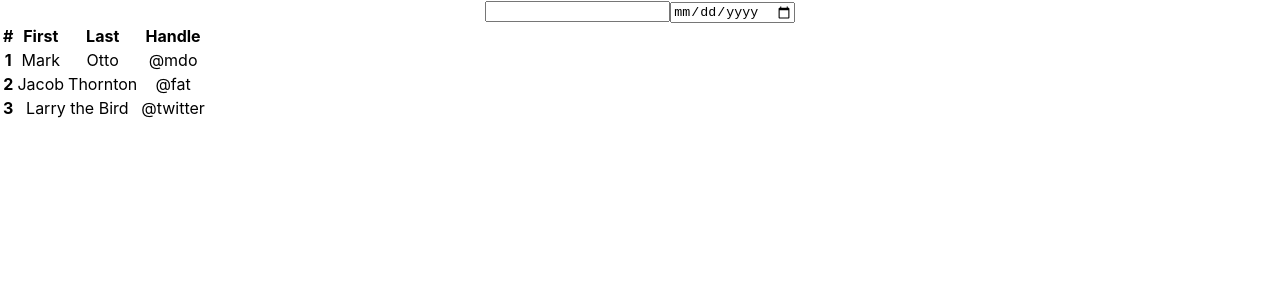
Repository: vanviet99/bietitmatit
Page: /
These files come from the project's save history. The page is drawn as it stood at one moment and after the next save; the edit follows.
The browser window is 1280 px wide. The pictures show the whole page.
The project was rebuilt for these pictures with package versions that can differ from the ones it lists, and the page was loaded fresh each time.

Above is the page before, as saved 2022-10-03 21:13:23.

### src/App.js

import React, { useState } from 'react';
import './App.css';
import data from './data';

function App() {
   const [list,setList] = useState(data)
  return (
    <div className="App">
     <React.Fragment>
     <div className="input-group mb-3">
      <input input type="text" className="form-control" aria-label="Sizing example input" aria-describedby="inputGroup-sizing-default"></input>
      <input input type="date" className="form-control" aria-label="Sizing example input" aria-describedby="inputGroup-sizing-default"></input>
    </div>
    <div>
    <table class="table">
  <thead>
    <tr>
      <th scope="col">#</th>
      <th scope="col">First</th>
      <th scope="col">Last</th>
      <th scope="col">Handle</th>
    </tr>
  </thead>
  <tbody>
    <tr>
      <th scope="row">1</th>
      <td>Mark</td>
      <td>Otto</td>
      <td>@mdo</td>
    </tr>
    <tr>
      <th scope="row">2</th>
      <td>Jacob</td>
      <td>Thornton</td>
      <td>@fat</td>
    </tr>
    <tr>
      <th scope="row">3</th>
      <td colspan="2">Larry the Bird</td>
      <td>@twitter</td>
    </tr>
  </tbody>
</table>
    </div>
     </React.Fragment>
    </div>
  );
}

export default App;

### src/data.js
 let list = [
    {
        date: '2022/10/02', do: 'học react-js'
    },
    {
        date: '2022/10/03', do: 'học php'
    }
 ]

 export default list;

Loaded but not shown: src/index.js (common file); src/index.css (common file); src/reportWebVitals.js (common file); src/App.css (common file)

After the next save:
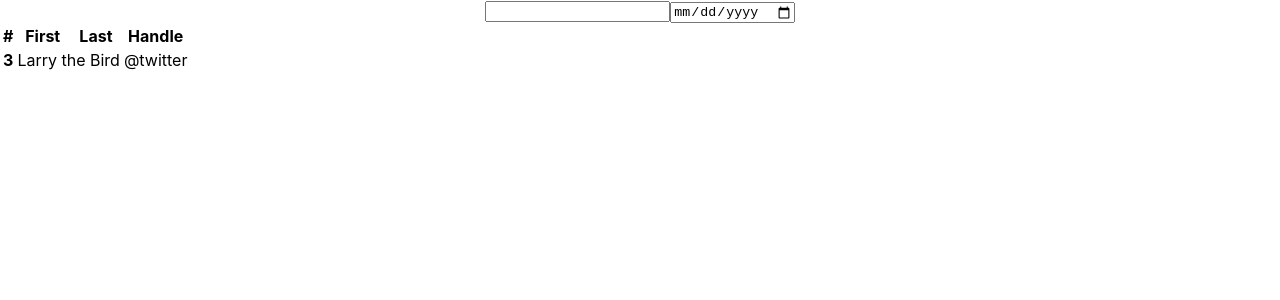
Saved 9 s later.
--- a/src/App.js
+++ b/src/App.js
@@ -24,18 +24,6 @@ function App() {
   </thead>
   <tbody>
     <tr>
-      <th scope="row">1</th>
-      <td>Mark</td>
-      <td>Otto</td>
-      <td>@mdo</td>
-    </tr>
-    <tr>
-      <th scope="row">2</th>
-      <td>Jacob</td>
-      <td>Thornton</td>
-      <td>@fat</td>
-    </tr>
-    <tr>
       <th scope="row">3</th>
       <td colspan="2">Larry the Bird</td>
       <td>@twitter</td>
